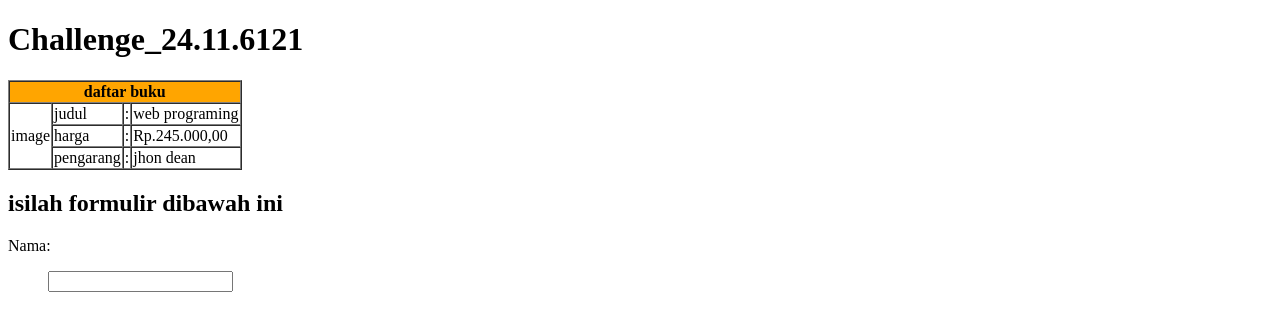
Repository: Tepen-com/challenge_24.11.6121_p4
Page: index.html
These files come from the project's save history. The page is drawn as it stood at one moment and after the next save; the edit follows.
The browser window is 1280 px wide. The pictures show the whole page.

Above is the page before, as saved 2026-04-20 10:55:28.

After the next save:
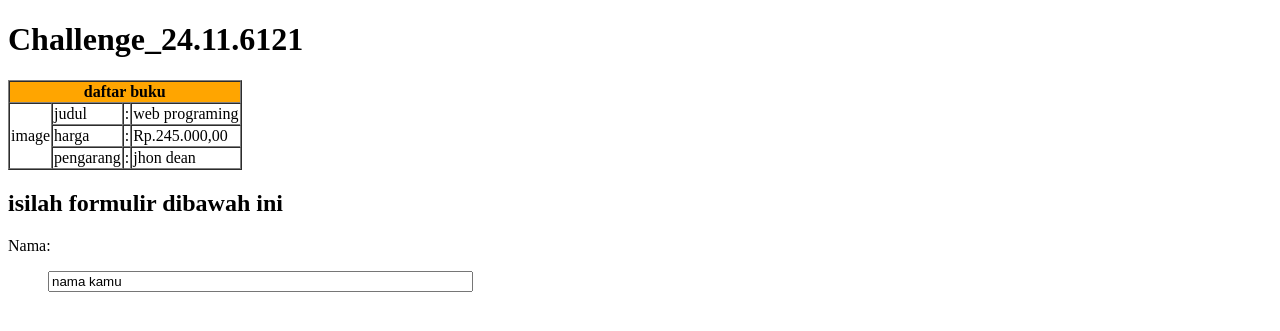
Saved 2 min 40 s later.
--- a/index.html
+++ b/index.html
@@ -38,7 +38,7 @@
             </tr>
         </table>
         <h2>isilah formulir dibawah ini</h2>
-        <p>Nama:</p>  <blockquote><input type="text" value</blockquote>
+        <p>Nama:</p>  <blockquote> <input type="text" value="nama kamu" size="50"></blockquote><br>
 
     </body>
 
